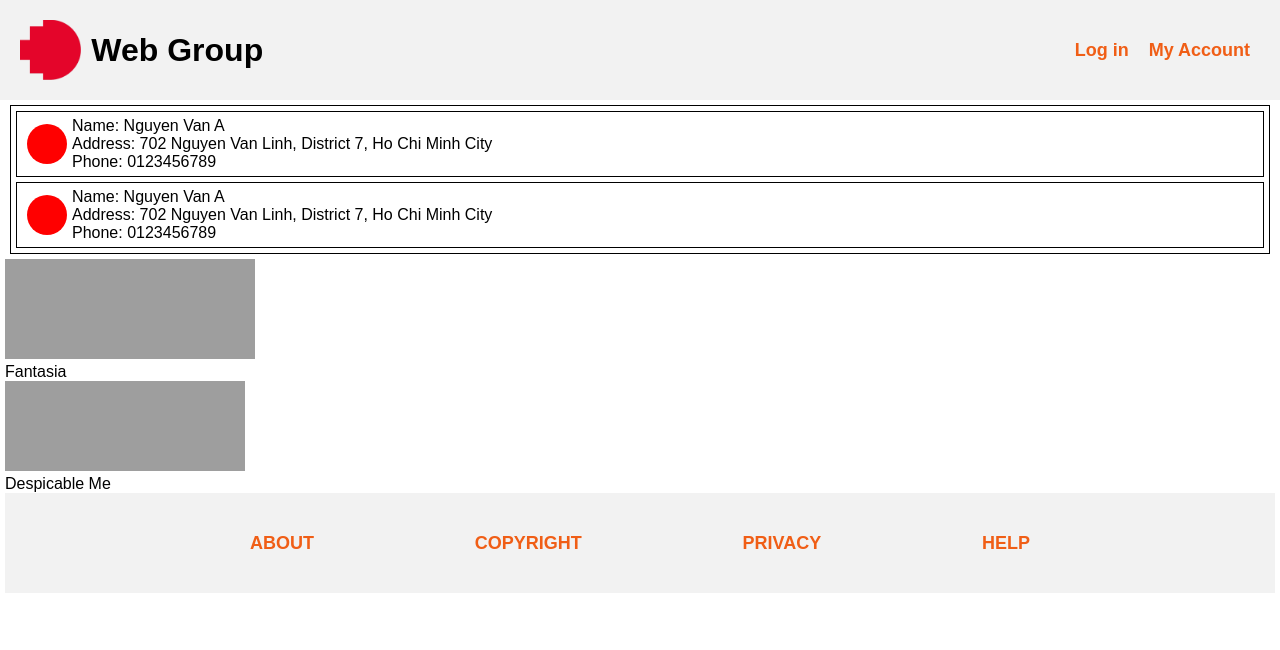
Repository: quynguyn/shoopingweb
Page: shipper.html
An editor plug-in stored every save of this project. The page is shown before and after the next save, followed by the edit.
The browser window is 1280 px wide. The pictures show the whole page.
After loading, the first visible `div.order` was clicked once.
Pictures or frames that could not be fetched are drawn as grey boxes.

Above is the page before, as saved 2023-05-04 16:55:16.
Console error: TypeError: Cannot read properties of null (reading 'childNodes')

After the next save:
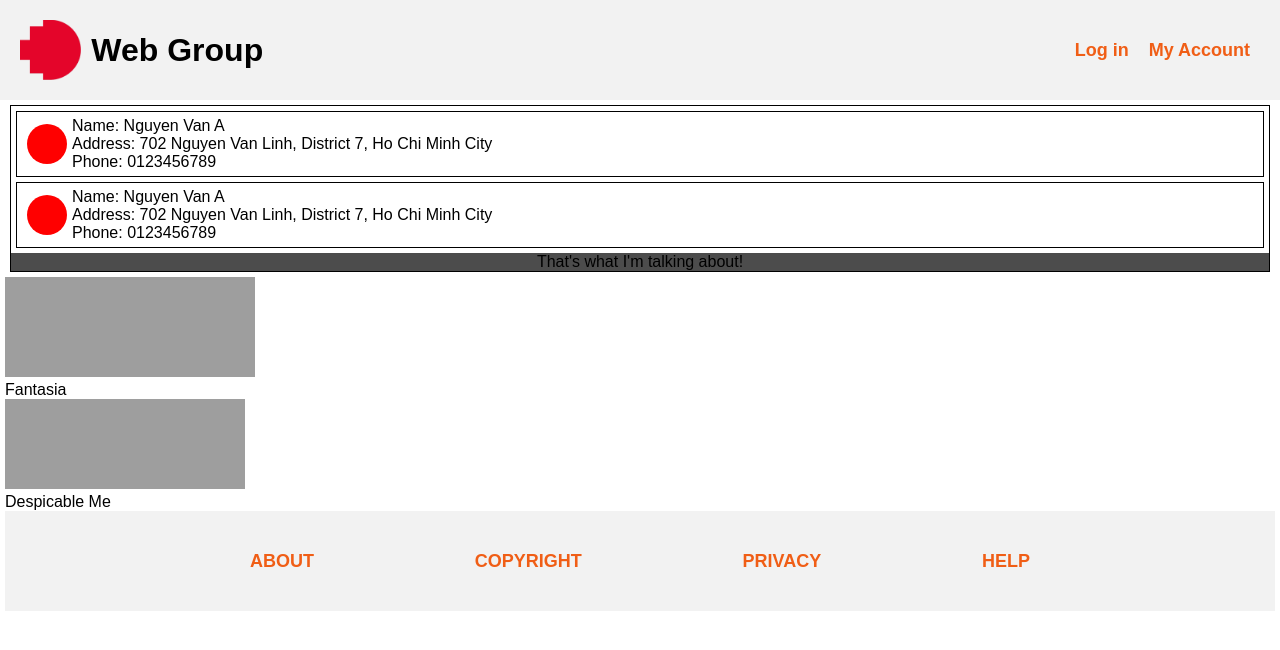
The error is gone.
Saved 26 s later.
--- a/Asset/JS/shipper.js
+++ b/Asset/JS/shipper.js
@@ -3,7 +3,7 @@ const mdl = $('#info-popup');
 
 function popupFunction(e) {
   const targ = e.target;
-  const prnt = targ.closest('div.popup');
+  const prnt = targ.closest('div.order');
   const chldn = prnt.childNodes;
   const txt = [...chldn].filter((d) => d.className === 'popupText');
   const msg = txt[0].innerText;
